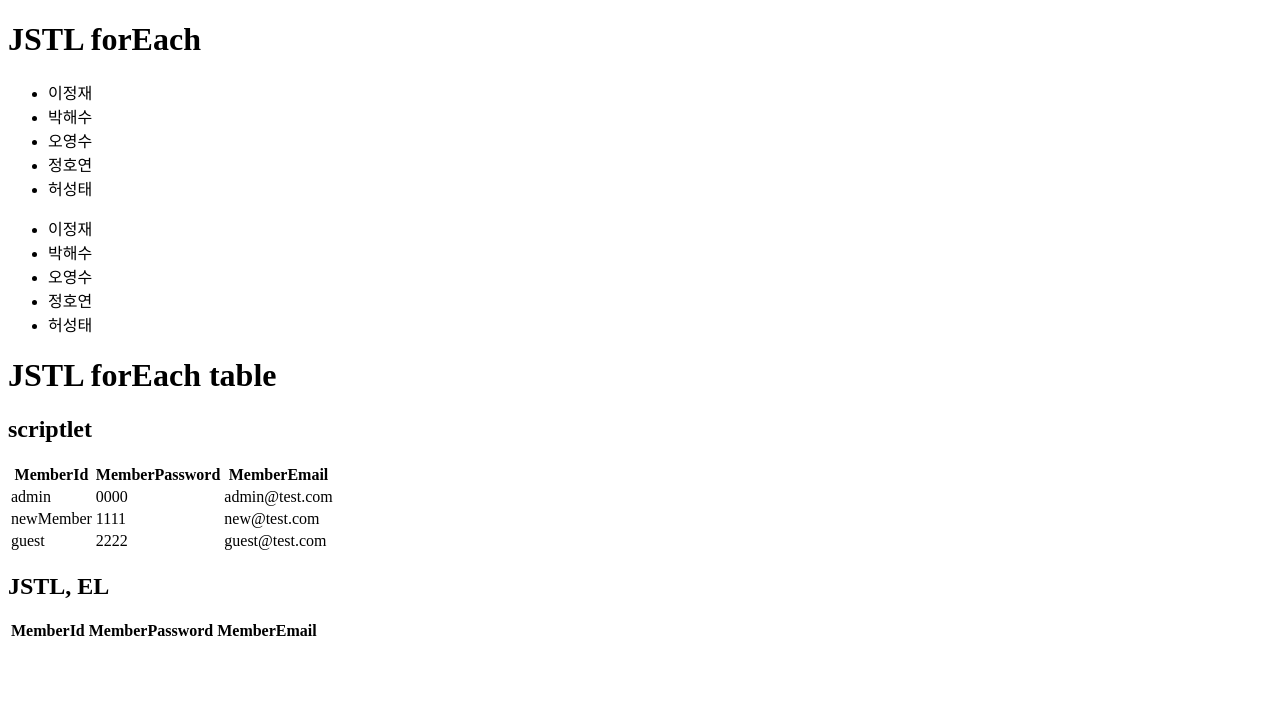
Repository: ljh5973/labweb
Page: http://localhost/JSP04/04_forEach.jsp
An editor plug-in stored every save of this project. The page is shown before and after the next save, followed by the edit.
The browser window is 1280 px wide. The pictures show the whole page.
The page is served by Tomcat 9.

Above is the page before, as saved 2022-01-11 06:24:32.

### JSP04/webapp/04_forEach.jsp
<%@page import="edu.web.model.Member"%>
<%@page import="java.util.ArrayList"%>
<%@ page language="java" contentType="text/html; charset=UTF-8"
    pageEncoding="UTF-8"%>
<%@ page trimDirectiveWhitespaces="true"%>
<%@ taglib prefix="c" uri="http://java.sun.com/jsp/jstl/core" %>
<!DOCTYPE html>
<html>
	<head>
		<meta charset="UTF-8">
		<title>JSTL</title>
	</head>
	<body>

	<h1>JSTL forEach</h1>

	<%
	// list 아이템으로 사용할 더미 데이터
	String[] actors={"이정재", "박해수" , "오영수","정호연", "허성태"};

	// script에서 선언한 지역 변수는 EL에서 사용할 수 없음.
	// EL에서 사용할 수 있는 변수는 pageContext, request, session, application의 속성들
	pageContext.setAttribute("actorList", actors);

	%>

	<ul>
	<%
		for(String s: actors){%>
		<li><%=s %></li>
		<% }%>

	</ul>
	<ul>
		<c:forEach var="actor" items="${actorList }">

			<li>${actor }</li>

		</c:forEach>
	</ul>


	<h1>JSTL forEach table</h1>

	<%
		// 테이블의 row(행) 데이터로 사용할 더미 데이터
	ArrayList<Member> list= new ArrayList<>();
	list.add(new Member("admin", "0000", "admin@test.com"));
	list.add(new Member("newMember", "1111", "new@test.com"));
	list.add(new Member("guest" , "2222", "guest@test.com"));

	request.setAttribute("memberList", list);

	%>

	<h2>scriptlet</h2>
	<table>
		<thead>
		<tr>
			<th>MemberId</th>
			<th>MemberPassword</th>
			<th>MemberEmail</th>
		</tr>
		</thead>

		<tbody>
		<% for (Member m: list) {%>
			<tr>
				<td><%=m.getMemberId() %></td>
				<td><%=m.getMemberPassword() %></td>
				<td><%=m.getMemberEmail() %></td>
			</tr>
		<%} %>

		</tbody>

	</table>


	<h2>JSTL, EL</h2>

	<table>
		<thead>
		<tr>
			<th>MemberId</th>
			<th>MemberPassword</th>
			<th>MemberEmail</th>
		</tr>
		</thead>
		<tbody>
			<c:forEach items="${memberList}" var="member">

			</c:forEach>
		</tbody>
	</table>
	</body>
</html>

### JSP04/src/edu/web/model/Member.java
package edu.web.model;

public class Member {


	private String memberId;
	private String memberPassword;
	private String memberEmail;

	public Member() {
		// TODO Auto-generated constructor stub
	}

	public Member(String memberId, String memberPassword, String memberEmail) {
		this.memberId = memberId;
		this.memberPassword = memberPassword;
		this.memberEmail = memberEmail;
	}

	public String getMemberId() {
		return memberId;
	}

	public void setMemberId(String memberId) {
		this.memberId = memberId;
	}

	public String getMemberPassword() {
		return memberPassword;
	}

	public void setMemberPassword(String memberPassword) {
		this.memberPassword = memberPassword;
	}

	public String getMemberEmail() {
		return memberEmail;
	}

	public void setMemberEmail(String memberEmail) {
		this.memberEmail = memberEmail;
	}




}

After the next save:
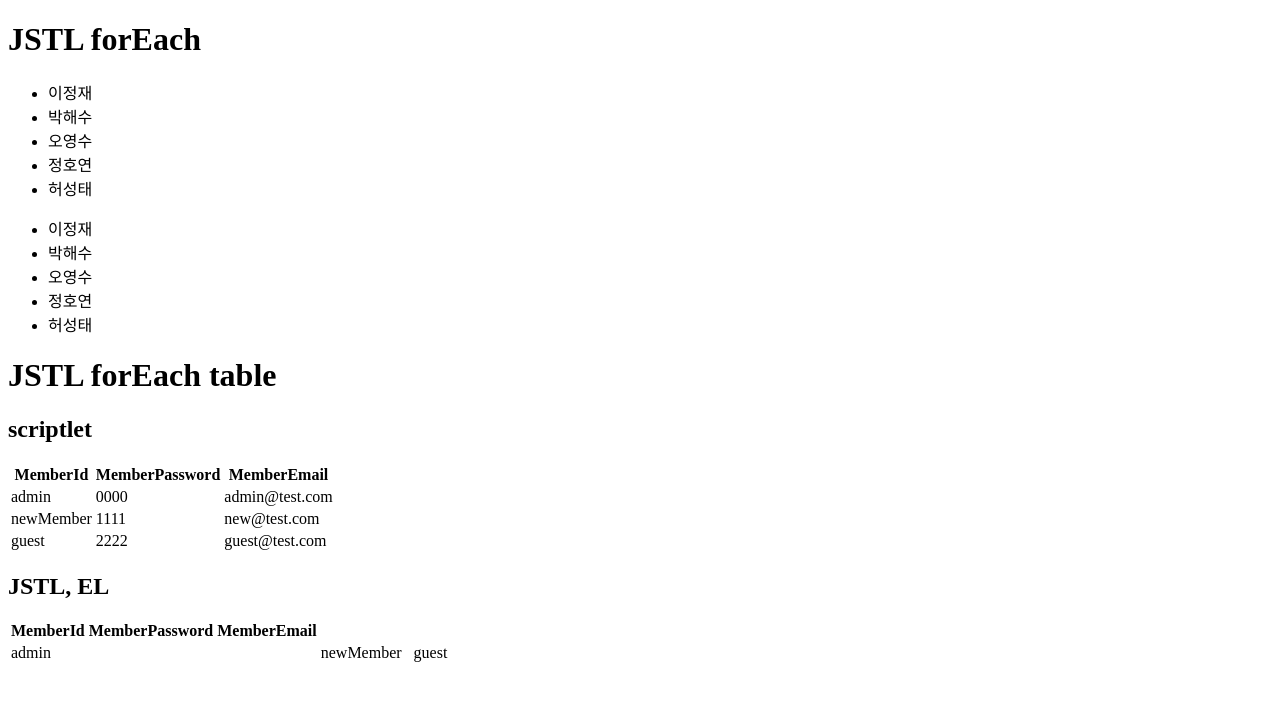
Saved 11 s later.
--- a/JSP04/webapp/04_forEach.jsp
+++ b/JSP04/webapp/04_forEach.jsp
@@ -89,7 +89,9 @@
 		</thead>
 		<tbody>
 			<c:forEach items="${memberList}" var="member">
-
+				<td>${member.memberId }</td>
+				<td></td>
+				<td></td>
 			</c:forEach>
 		</tbody>
 	</table>
